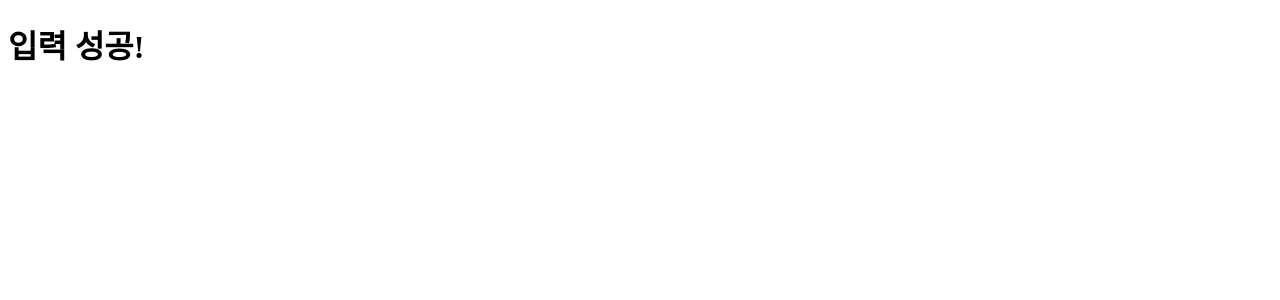
Repository: shinymusket/ideal-memory2
Page: http://localhost/homework02/productReg.jsp
These files come from the project's save history. The page is drawn as it stood at one moment and after the next save; the edit follows.
The browser window is 1280 px wide. The pictures show the whole page.
The page is served by Tomcat 9. Queries for data that is not in the repository find no rows.

Above is the page before, as saved 2022-06-13 07:02:04.

After the next save:
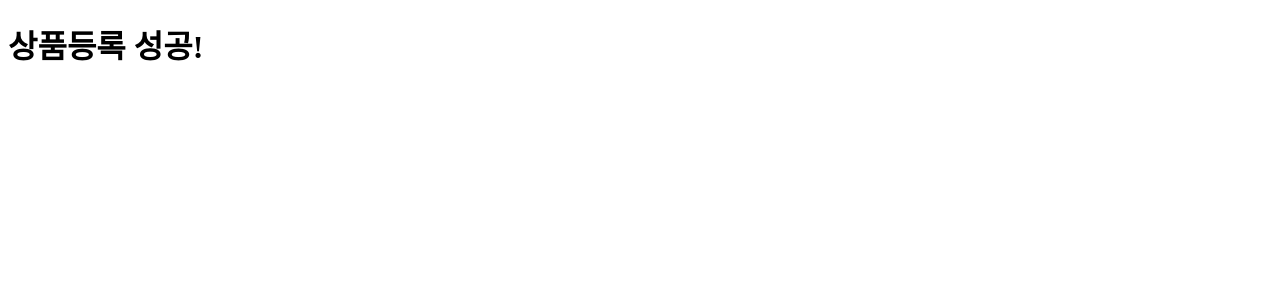
Saved 6 s later.
--- a/homework02/WebContent/productReg.jsp
+++ b/homework02/WebContent/productReg.jsp
@@ -52,7 +52,7 @@
 		int num = psmt.executeUpdate();
 		System.out.println("바뀐 행의 개수 : " + num); %>
 
-		<h1>입력 성공!</h1>
+		<h1>상품등록 성공!</h1>
 <%
 	} catch (Exception e) {
 		e.printStackTrace();
